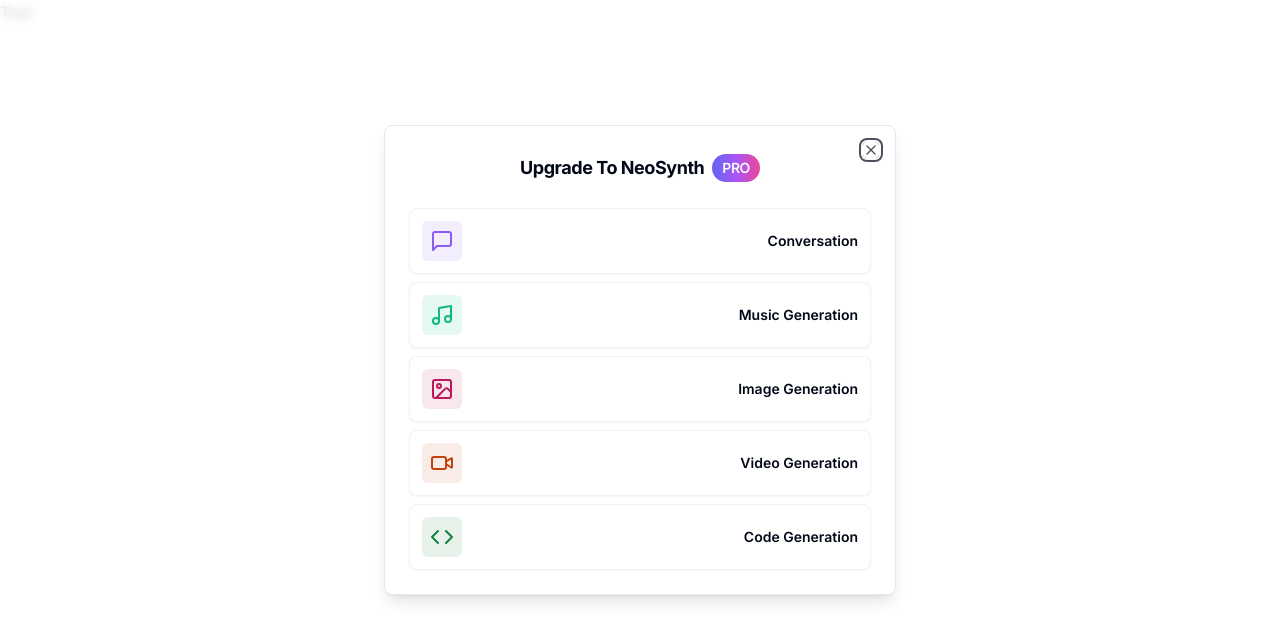
Repository: tathagat22/NeoSynth
Page: /test
The author's editor kept a copy of each file at every save. The page is drawn from the files as they stood at one save, then again after the next save.
The browser window is 1280 px wide. The pictures show the whole page.
The project was rebuilt for these pictures with package versions that can differ from the ones it lists, and the page was loaded fresh each time. Some packages were replaced by stand-ins written for this rebuild. The framework's server and built-in components were replaced by stand-ins that run in the browser. Also part of the build but not shown: next.config.js.

Above is the page before, as saved 2023-09-03 19:29:57.

After the next save:
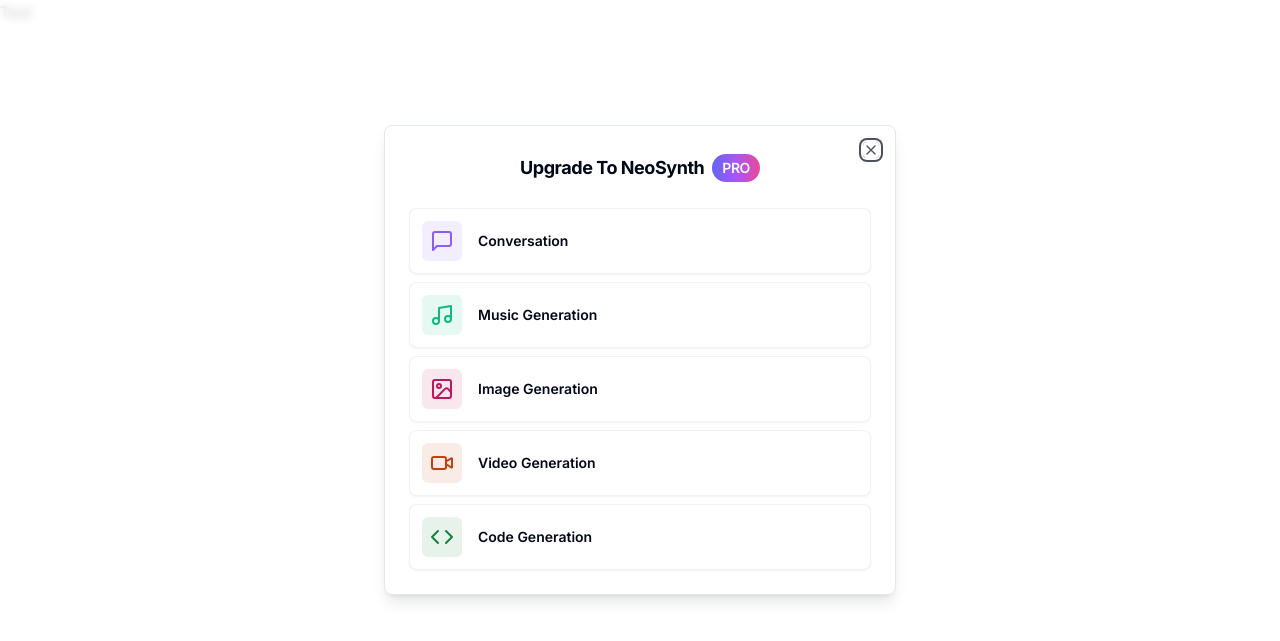
Saved 22 s later.
--- a/components/pro-modal.tsx
+++ b/components/pro-modal.tsx
@@ -1,7 +1,13 @@
 "use client";
 
 import { useProModal } from "@/hooks/use-pro-modal";
-import { Dialog, DialogContent, DialogDescription, DialogHeader, DialogTitle } from "./ui/dialog";
+import {
+  Dialog,
+  DialogContent,
+  DialogDescription,
+  DialogHeader,
+  DialogTitle,
+} from "./ui/dialog";
 import { Badge } from "./ui/badge";
 import { Code, Image, MessageSquare, Music, VideoIcon } from "lucide-react";
 import { Card } from "./ui/card";
@@ -48,21 +54,24 @@
           <DialogTitle className="flex justify center items-center flex-col gap-y-4 pb-2">
             <div className="flex items-center gap-x-2 font-bold py-1">
               Upgrade To NeoSynth
-              <Badge className="uppercase text-sm py-1" variant="premium">pro</Badge>
+              <Badge className="uppercase text-sm py-1" variant="premium">
+                pro
+              </Badge>
             </div>
           </DialogTitle>
           <DialogDescription className="text-center pt-2 space-y-2 text-zinc-900 font-medium">
             {tools.map((tool) => (
-                <Card key={tool.label} className="p-3 border-black/5 flex items-center justify-between">
-                    <div className="flex items-center gap-x-4">
-                        <div className={cn("p-2 w-fit rounded-md", tool.bgColor)}>
-                            <tool.icon className={cn("w-6 h-6", tool.color)}/>
-                        </div>
-                    </div>
-                    <div className="font-semibold text-sm">
-                        {tool.label}
-                    </div>
-                </Card>
+              <Card
+                key={tool.label}
+                className="p-3 border-black/5 flex items-center justify-between"
+              >
+                <div className="flex items-center gap-x-4">
+                  <div className={cn("p-2 w-fit rounded-md", tool.bgColor)}>
+                    <tool.icon className={cn("w-6 h-6", tool.color)} />
+                  </div>
+                  <div className="font-semibold text-sm">{tool.label}</div>
+                </div>
+              </Card>
             ))}
           </DialogDescription>
         </DialogHeader>
